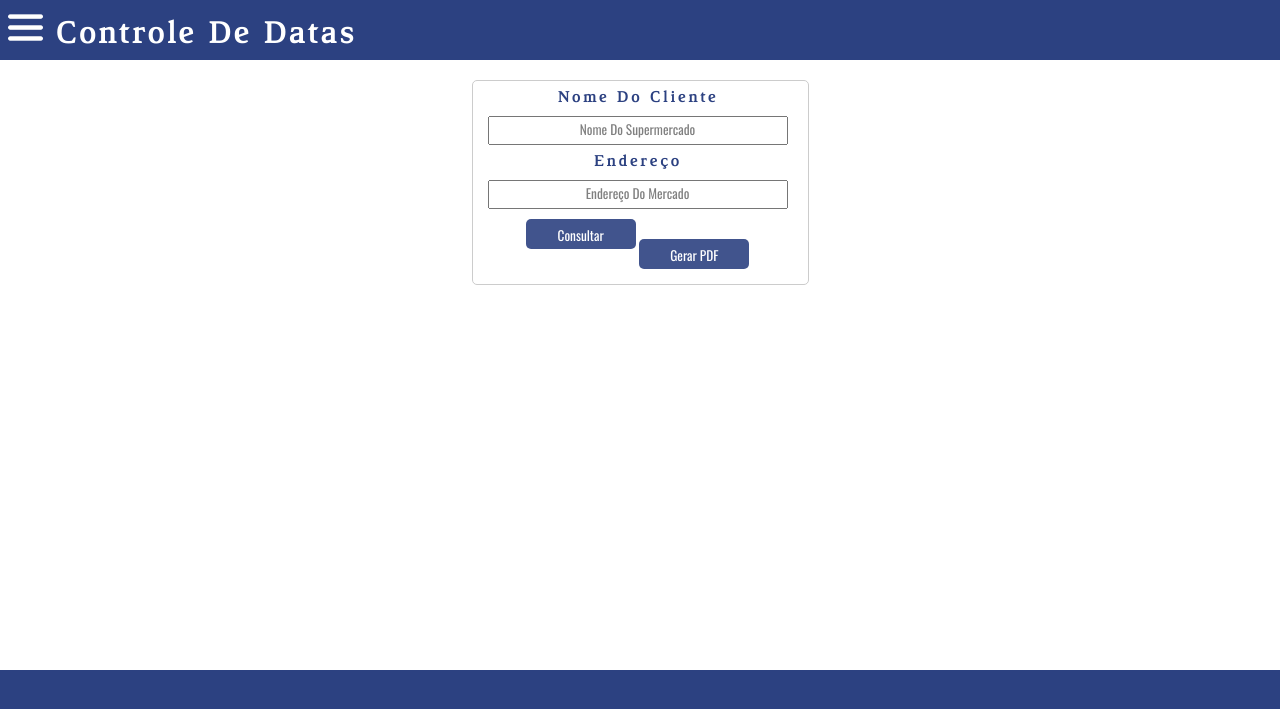
Repository: alfredo-allan/ControleDeDatasFrontEnd
Page: pages/buscaavancada.html
The author's editor kept a copy of each file at every save. The page is drawn from the files as they stood at one save, then again after the next save.
The browser window is 1280 px wide. The pictures show the whole page.

Above is the page before, as saved 2024-04-24 16:25:33.
Console error: TypeError: Cannot read properties of null (reading 'addEventListener')

After the next save:
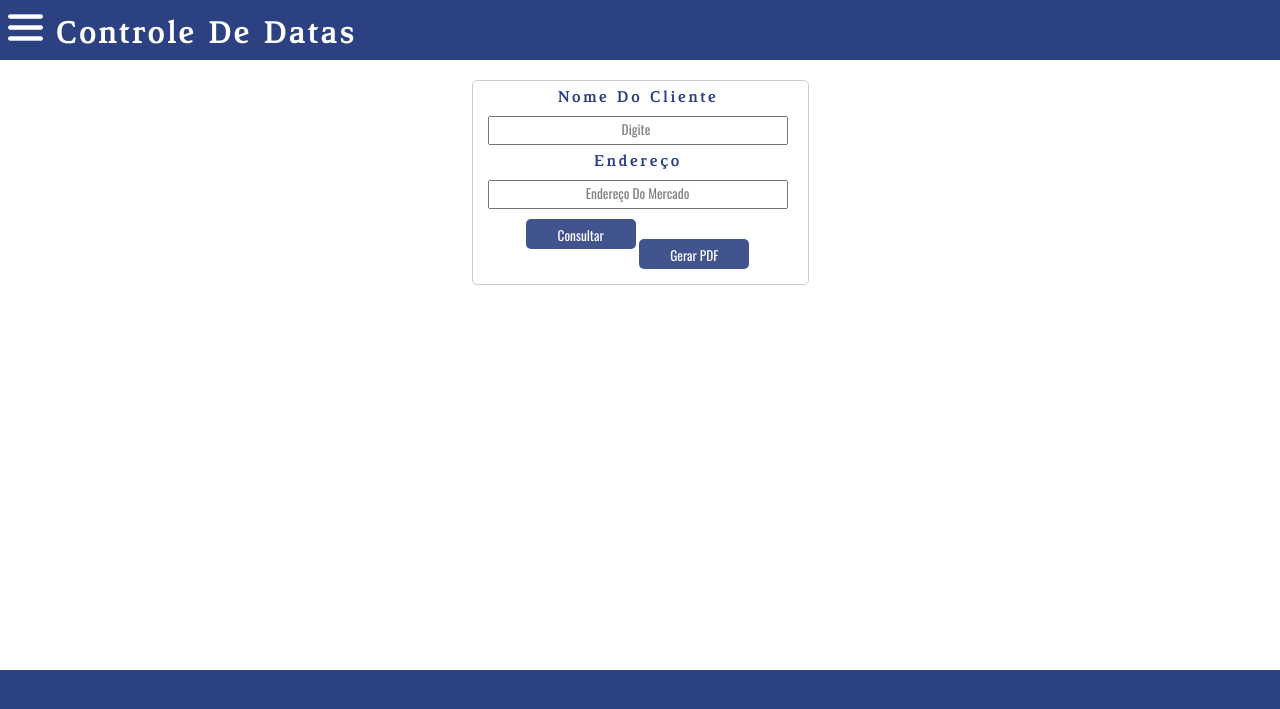
Saved 8 s later.
--- a/pages/buscaavancada.html
+++ b/pages/buscaavancada.html
@@ -35,7 +35,7 @@
         <input
           type="text"
           id="ean"
-          placeholder="Nome Do Supermercado"
+          placeholder="Digite "
         />
 
         <span>Endereço</span>
